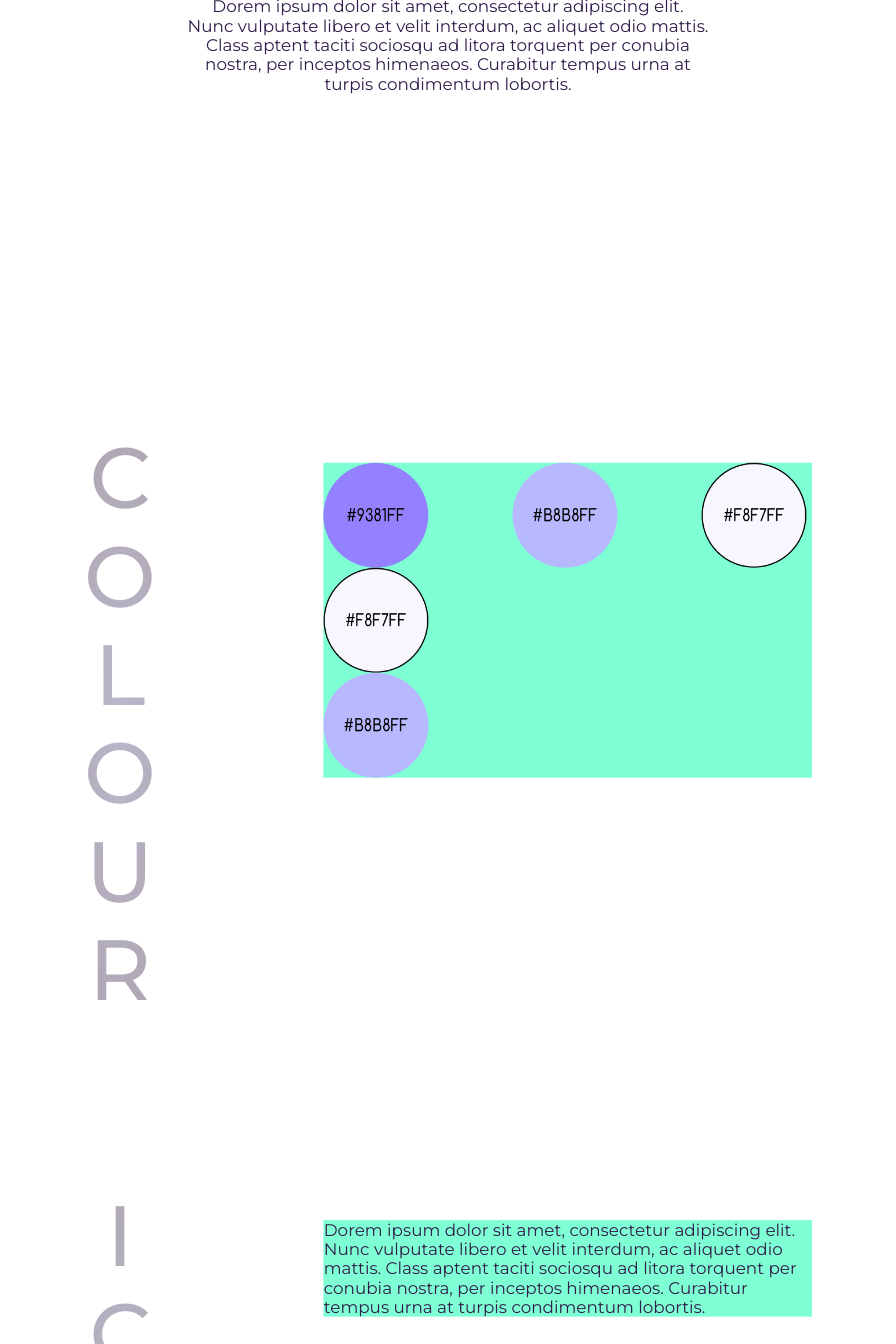
Repository: sierralaurent/Styleguide-Big_Project
Page: visuals.html
These files come from the project's save history. The page is drawn as it stood at one moment and after the next save; the edit follows.
The browser window is 1280 px wide. The pictures show the part of the page from y = 450 to 2370 px (the page is 3164 px tall), at 70% of full size.
Some web fonts or font styles are not loaded; a fallback is used.

Above is the page before, as saved 2023-03-10 14:55:57.

After the next save:
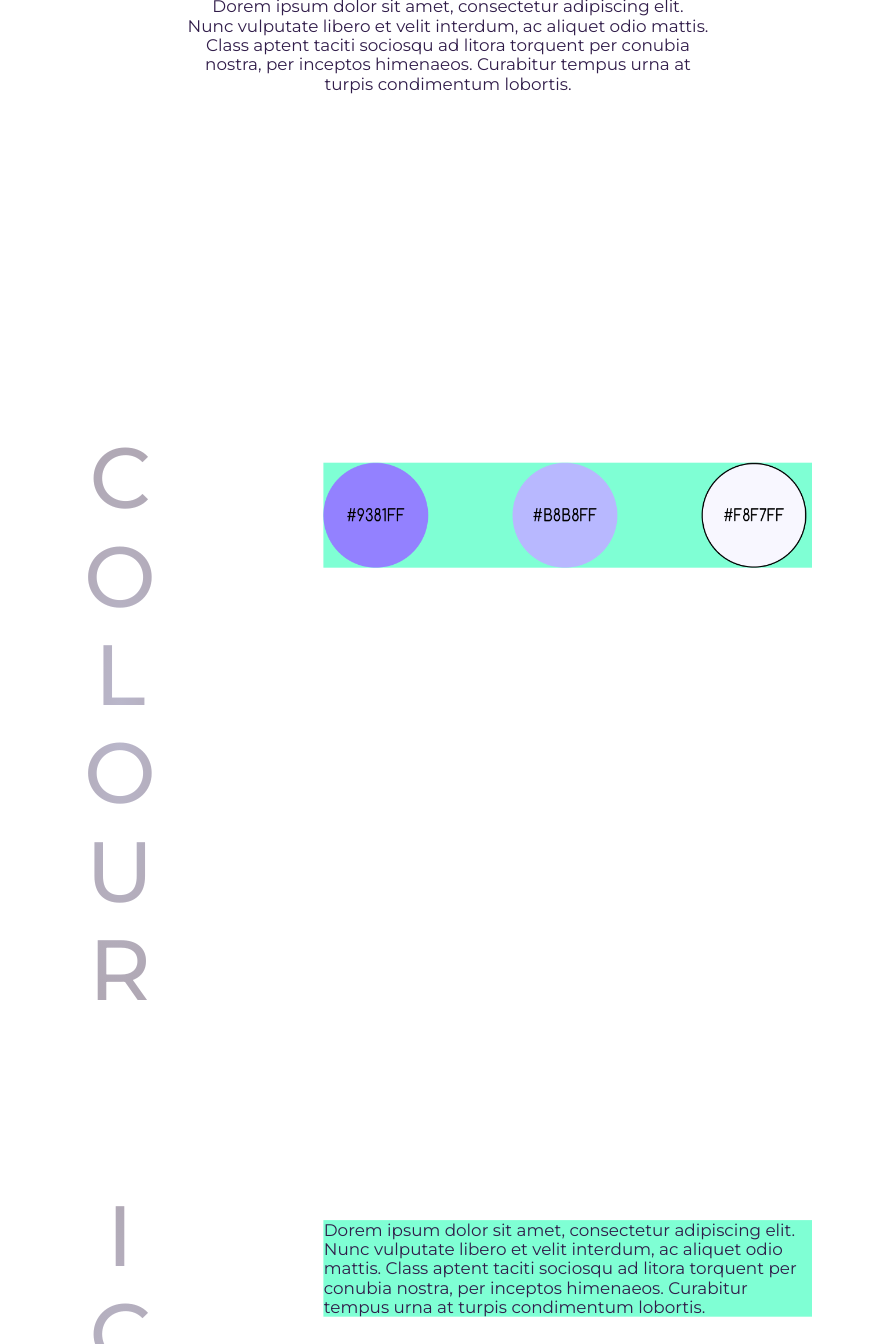
Saved 26 s later.
--- a/visuals.html
+++ b/visuals.html
@@ -72,8 +72,6 @@
           <div class="home-text17 body">
             <div>
               <img src="assets/colours/Main Purple.png" alt="mainpurple" width="150px" height="150px">
-              <img src="assets/colours/Creme.png" alt="Creme" width="150px" height="150px">
-              <img src="assets/colours/Light Purple.png" alt="lightpurple" width="150px" height="150px">
             </div>
             <div>
               <img src="assets/colours/Light Purple.png" alt="lightpurple" width="150px" height="150px">
